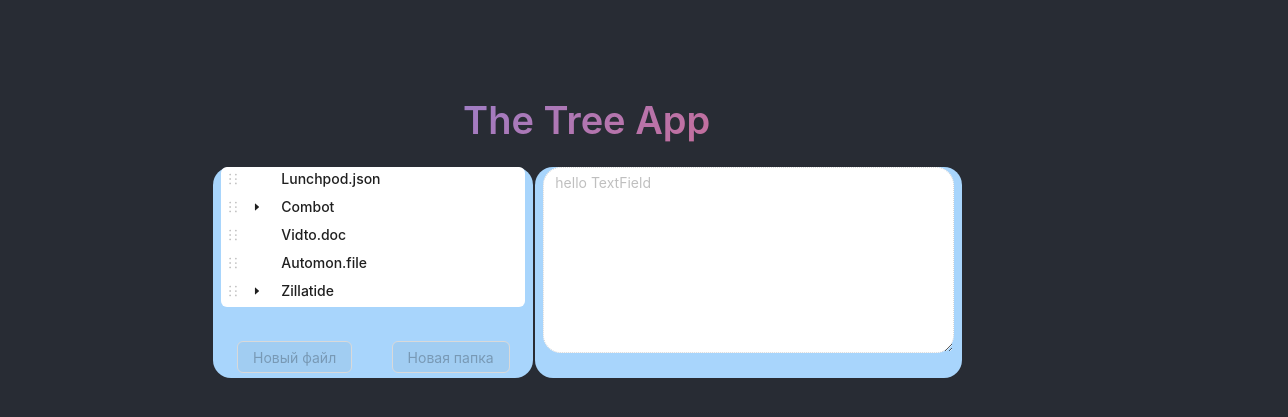
Repository: technasan/filetree
Page: / (app in my-app/)
An editor plug-in stored every save of this project. The page is shown before and after the next save, followed by the edit.
The browser window is 1280 px wide. The page is 1280 px wide, then 1288 px, so the pictures cover 1288 px, including what lies to the right of the window. The pictures show the whole page.
The project was rebuilt for these pictures with package versions that can differ from the ones it lists, and the page was loaded fresh each time. Also part of the build but not shown: my-app/src/index.css, my-app/src/helpers.js.

Above is the page before, as saved 2023-11-10 11:09:32.

After the next save:
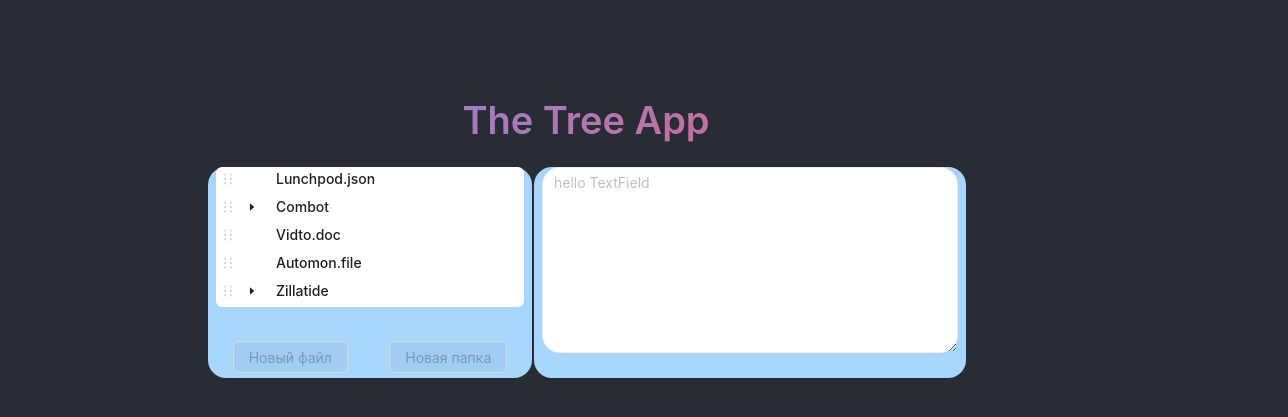
Saved 75 s later.
--- a/my-app/src/App.css
+++ b/my-app/src/App.css
@@ -1,6 +1,14 @@
 body {
+  margin: 0;
   font-family: Roboto, "Open Sans", sans-serif;
-  background-color:#282c34;
+  background-color: #282c34;
+  -webkit-font-smoothing: antialiased;
+  -moz-osx-font-smoothing: grayscale;
+}
+
+code {
+  font-family: source-code-pro, Menlo, Monaco, Consolas, 'Courier New',
+    monospace;
 }
 
 .App {
@@ -55,14 +63,6 @@ body {
     border-style: dotted;
 }
 
-@keyframes App-logo-spin {
-  from {
-    transform: rotate(0deg);
-  }
-  to {
-    transform: rotate(360deg);
-  }
-}
  /*
 div {
   border: 2px dashed black;
